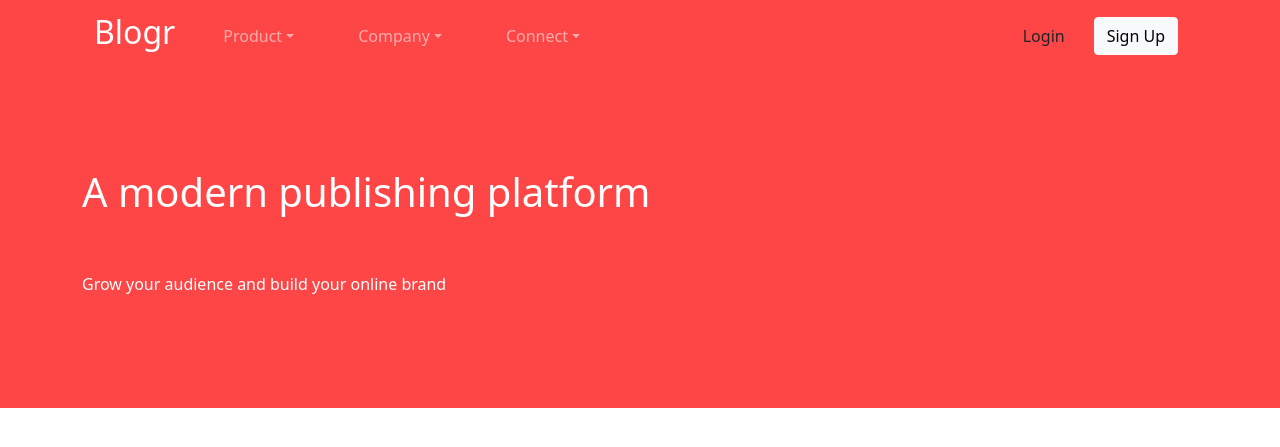
Repository: badhon252/blogr-landing-page
Page: /
These files come from the project's save history. The page is drawn as it stood at one moment and after the next save; the edit follows.
The browser window is 1280 px wide. The pictures show the whole page.
The project was rebuilt for these pictures with package versions that can differ from the ones it lists, and the page was loaded fresh each time.

Above is the page before, as saved 2022-01-17 23:08:45.

### public/index.html
<!DOCTYPE html>
<html lang="en">

<head>
  <meta charset="utf-8" />
  <link rel="icon" href="%PUBLIC_URL%/favicon.ico" />
  <meta name="viewport" content="width=device-width, initial-scale=1" />
  <meta name="theme-color" content="#000000" />
  <meta name="description" content="Web site created using create-react-app" />
  <link rel="apple-touch-icon" href="%PUBLIC_URL%/logo192.png" />

  <link rel="manifest" href="%PUBLIC_URL%/manifest.json" />
  <!-- Bootstrap css  -->
  <link href="https://cdn.jsdelivr.net/npm/bootstrap@5.1.3/dist/css/bootstrap.min.css" rel="stylesheet"
    integrity="sha384-1BmE4kWBq78iYhFldvKuhfTAU6auU8tT94WrHftjDbrCEXSU1oBoqyl2QvZ6jIW3" crossorigin="anonymous">


  <title>Blogr</title>
</head>

<body>
  <noscript>You need to enable JavaScript to run this app.</noscript>
  <div id="root"></div>

  <!-- Bootstrap js  -->
  <script src="https://cdn.jsdelivr.net/npm/bootstrap@5.1.3/dist/js/bootstrap.bundle.min.js"
    integrity="sha384-ka7Sk0Gln4gmtz2MlQnikT1wXgYsOg+OMhuP+IlRH9sENBO0LRn5q+8nbTov4+1p"
    crossorigin="anonymous"></script>

</body>

</html>

### src/App.js
import Maincomp from "./components/MainComp";

function App() {
  return (
    <div className="App">
      <Maincomp />
    </div>
  );
}

export default App;

### src/components/MainComp.js
import React from "react";
import Header from "./Header/Header";

const Maincomp = () => {
  return (
    <div>
      <Header />
    </div>
  );
};

export default Maincomp;

### src/components/Header/Header.js
import React from "react";
import Nav from "./Nav";
import "../styles/index.css";

export default function Header() {
  return (
    <div className="header">
      <div className="container">
        <Nav />
        <div className="py-5">
          <h1 className=" py-5">A modern publishing platform</h1>
          <p className="header-p pb-5">
            Grow your audience and build your online brand
          </p>
        </div>
      </div>
    </div>
  );
}

### src/components/Header/Nav.js
import React from "react";
import "../styles/index.css";
const Nav = () => {
  return (
    <div>
      <nav className="navbar navbar-expand-lg navbar-dark">
        <div className="container-fluid">
          <a className="navbar-brand" href="/">
            <h2>Blogr</h2>
          </a>
          <button
            className="navbar-toggler"
            type="button"
            data-bs-toggle="collapse"
            data-bs-target="#navbarSupportedContent"
            aria-controls="navbarSupportedContent"
            aria-expanded="false"
            aria-label="Toggle navigation"
          >
            <span className="navbar-toggler-icon"></span>
          </button>
          <div className="collapse navbar-collapse" id="navbarSupportedContent">
            <ul className="navbar-nav mb-2 mb-lg-0">
              <li className="nav-item dropdown px-4">
                <a
                  className="nav-link dropdown-toggle"
                  href="/"
                  id="navbarDropdown"
                  role="button"
                  data-bs-toggle="dropdown"
                  aria-expanded="false"
                >
                  Product
                </a>
                <ul className="dropdown-menu" aria-labelledby="navbarDropdown">
                  <li>
                    <a className="dropdown-item" href="/">
                      Action
                    </a>
                  </li>
                  <li>
                    <a className="dropdown-item" href="/">
                      Another action
                    </a>
                  </li>
                  <li>
                    <hr className="dropdown-divider" />
                  </li>
                  <li>
                    <a className="dropdown-item" href="/">
                      Something else here
                    </a>
                  </li>
                </ul>
              </li>{" "}
              <li className="nav-item dropdown px-4">
                <a
                  className="nav-link dropdown-toggle"
                  href="/"
                  id="navbarDropdown"
                  role="button"
                  data-bs-toggle="dropdown"
                  aria-expanded="false"
                >
                  Company
                </a>
                <ul className="dropdown-menu" aria-labelledby="navbarDropdown">
                  <li>
                    <a className="dropdown-item" href="/">
                      Action
                    </a>
                  </li>
                  <li>
                    <a className="dropdown-item" href="/">
                      Another action
                    </a>
                  </li>
                  <li>
                    <hr className="dropdown-divider" />
                  </li>
                  <li>
                    <a className="dropdown-item" href="/">
                      Something else here
                    </a>
                  </li>
                </ul>
              </li>{" "}
              <li className="nav-item dropdown px-4">
                <a
                  className="nav-link dropdown-toggle"
                  href="/"
                  id="navbarDropdown"
                  role="button"
                  data-bs-toggle="dropdown"
                  aria-expanded="false"
                >
                  Connect
                </a>
                <ul className="dropdown-menu" aria-labelledby="navbarDropdown">
                  <li>
                    <a className="dropdown-item" href="/">
                      Action
                    </a>
                  </li>
                  <li>
                    <a className="dropdown-item" href="/">
                      Another action
                    </a>
                  </li>
                  <li>
                    <hr className="dropdown-divider" />
                  </li>
                  <li>
                    <a className="dropdown-item" href="/">
                      Something else here
                    </a>
                  </li>
                </ul>
              </li>
            </ul>
            {/* login & sign-up */}
            <ul className="navbar-nav ms-auto">
              <li className="nav-login">
                <a className="nav-link" href="/">
                  <button type="button" class="btn">
                    Login
                  </button>
                </a>
              </li>{" "}
              <li className="nav-signup">
                <a className="nav-link" href="/">
                  <button type="button" class="btn btn-light">
                    Sign Up
                  </button>
                </a>
              </li>
            </ul>
          </div>
        </div>
      </nav>
    </div>
  );
};

export default Nav;

### src/components/styles/index.css
.header {
  background-color: rgb(255, 70, 70);
  color: rgb(255, 255, 255);
  /* clip-path: circle(73.8% at 63% 38%); */
}
/* .header-nav {
  color: #fff;

} */
.singup,
.login {
  color: aliceblue;
}

Loaded but not shown: src/index.js (common file); src/reportWebVitals.js (common file)

After the next save:
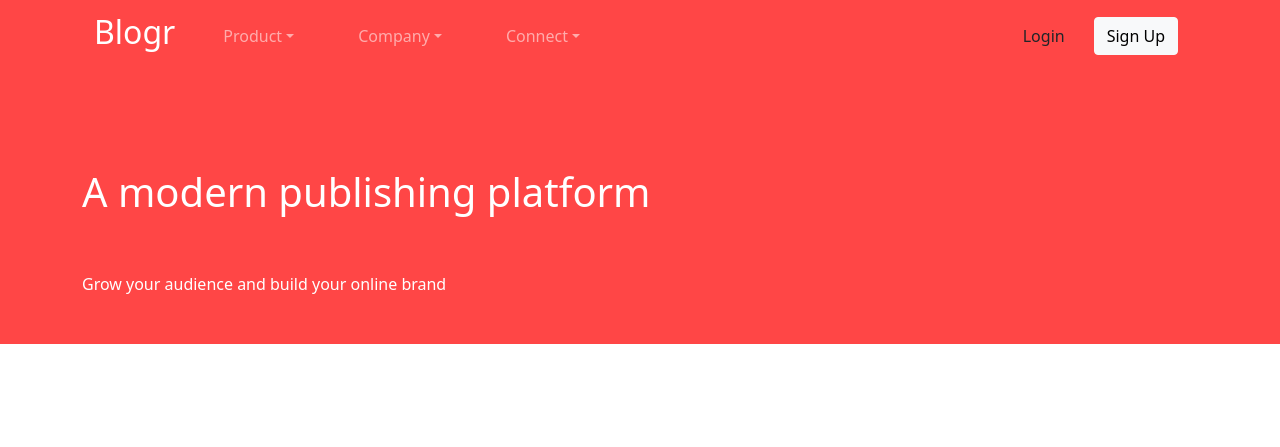
Saved 8 s later.
--- a/src/components/Header/Header.js
+++ b/src/components/Header/Header.js
@@ -7,7 +7,7 @@ export default function Header() {
     <div className="header">
       <div className="container">
         <Nav />
-        <div className="py-5">
+        <div className="pt-5">
           <h1 className=" py-5">A modern publishing platform</h1>
           <p className="header-p pb-5">
             Grow your audience and build your online brand
